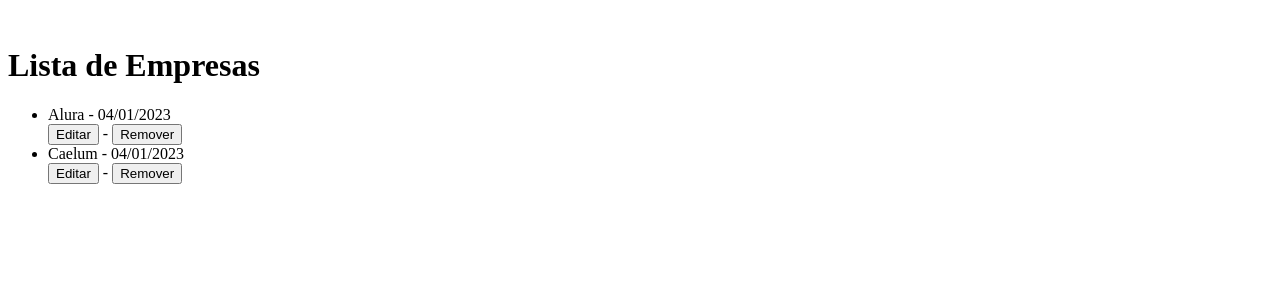
Repository: DerickLFAndrade/Aplicacao_Java_Web_Servlet_TomCat
Page: http://localhost/gerenciador/listaEmpresas
An editor plug-in stored every save of this project. The page is shown before and after the next save, followed by the edit.
The browser window is 1280 px wide. The pictures show the whole page.
The page is served by Tomcat 9.

Above is the page before, as saved 2023-01-08 17:56:31.

After the next save:
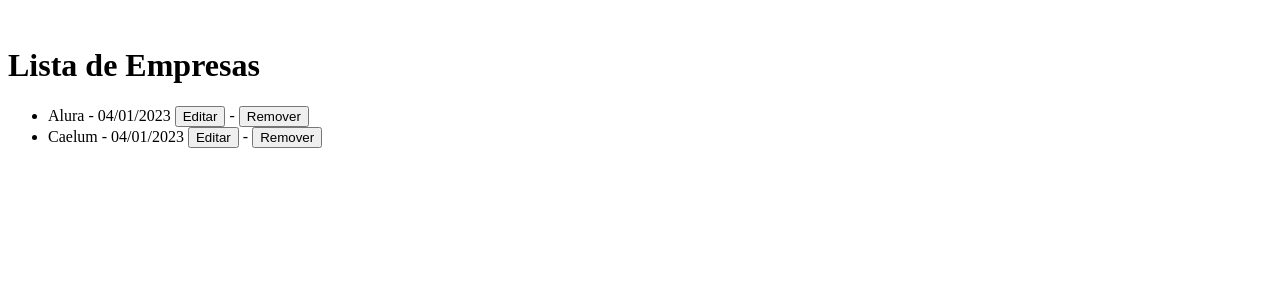
Saved 26 s later.
--- a/gerenciador/WebContent/listaEmpresas.jsp
+++ b/gerenciador/WebContent/listaEmpresas.jsp
@@ -29,7 +29,10 @@
 	<form action="${linkDeletarEditarEmpresas}" method="post">
 		<ul>
 			<c:forEach items="${empresas}" var="empresa">
-				<li>${empresa.nome} - <fmt:formatDate value="${empresa.dataAbertura}" pattern="dd/MM/yyyy"/></li><button type="submit" name="remover">Editar</button> - <button type="submit" name="remover">Remover</button>
+				<li>${empresa.nome} - <fmt:formatDate value="${empresa.dataAbertura}" pattern="dd/MM/yyyy"/>
+				<button type="submit" name="remover">Editar</button> - <button type="submit" name="remover">Remover</button>
+				</li>
+
 			</c:forEach>
 		</ul>
 	</form>
